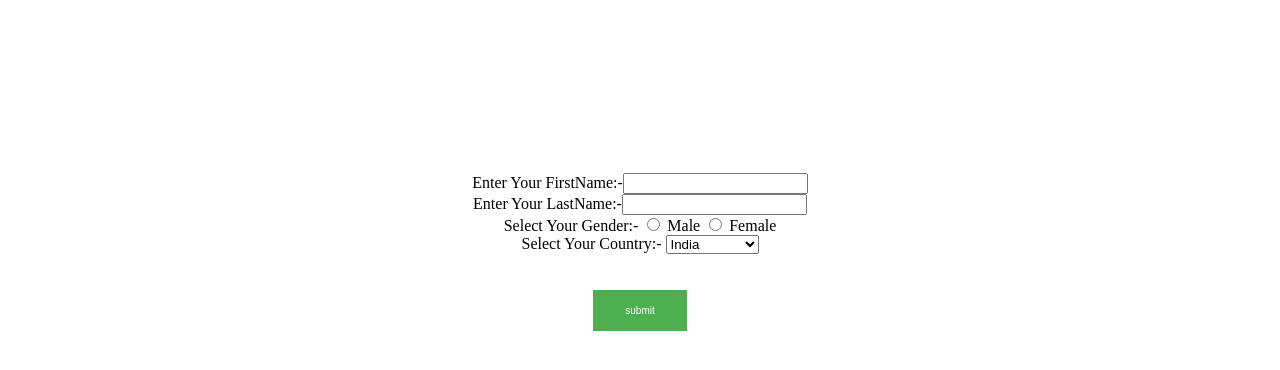
Repository: ErNitesh-d/java-program
Page: JAVA PROJECTS/ASSIGNMMENT_2/WebContent/index.html
An editor plug-in stored every save of this project. The page is shown before and after the next save, followed by the edit.
The browser window is 1280 px wide. The pictures show the whole page.

Above is the page before, as saved 2022-09-03 15:15:02.

After the next save:
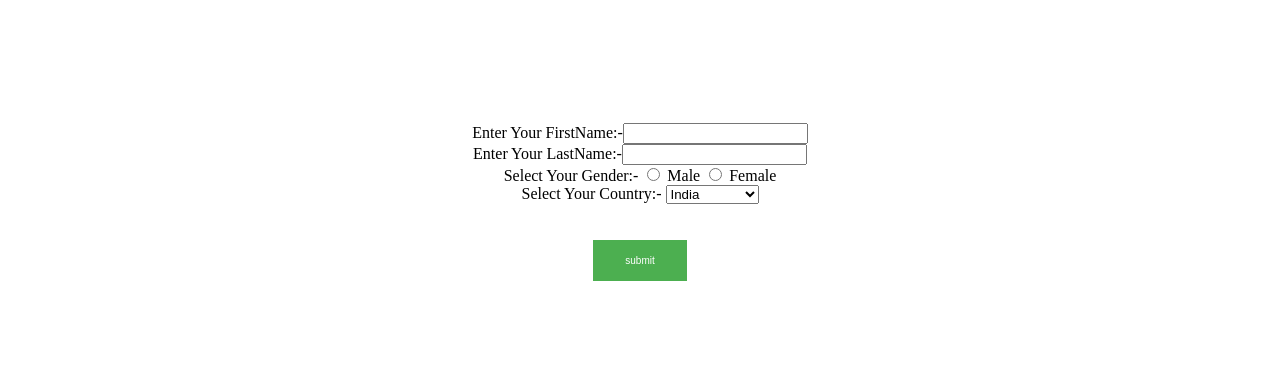
Saved 27 s later.
--- a/JAVA PROJECTS/ASSIGNMMENT_2/WebContent/index.html
+++ b/JAVA PROJECTS/ASSIGNMMENT_2/WebContent/index.html
@@ -8,7 +8,7 @@ text-align: center;
 padding: 70px 0;
 border: 3px solid white;
 text-align: header;
-margin-top: 100px;">
+margin-top: 50px;">
 <form action="Hello" method="get">
 Enter Your FirstName:-<input type="text" name="FirstName"><br>
 Enter Your LastName:-<input type="text" name="LastName"><br>
